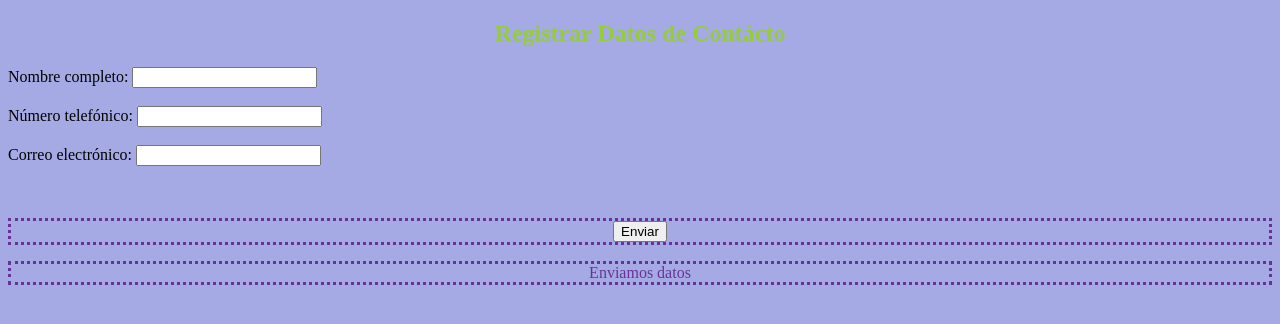
Repository: UVMCoyoacan/VEFY
Page: formularioCV.html
These files come from the project's save history. The page is drawn as it stood at one moment and after the next save; the edit follows.
The browser window is 1280 px wide. The pictures show the whole page.

Above is the page before, as saved 2024-03-05 11:55:12.

### formularioCV.html
<!DOCTYPE html>
<html>
  <head>


    <link rel="stylesheet" href="estilo2.css"/>





    <meta charset="UTF-8" />

  </head>
<body>

<h2>Registrar Datos de Contácto</h2>

<form name="enviaDat" action="recibedatosFormCV.html" method="GET">

  <label for="fname">Nombre completo:</label>
  <input type="text" id="fname" name="fname"><br><br>
  <label for="lname">Número telefónico:</label>
  <input type="number" id="numtel" name="numtel"><br><br>
  <label for="lname">Correo electrónico:</label>
  <input type="text" id="correoele" name="correoele"><br><br>

  <br>

  <p>
    <input type="submit" value="Enviar"/>
  </p>

</form>

<p>Enviamos datos</p>

</body>
</html>

### estilo2.css
h1{
    color: chocolate;
    text-align: center;
    border-style: mix;
}
p{
    text-align: center;
    color:rebeccapurple;
    border-style: dotted;
}

ol{
    text-align: center;
    color:rgb(0, 0, 0);
    border-style: groove;

}

ul{
    text-align: center;
    color: rgb(223, 115, 225);
    border-style: ridge;
}

h2{
    color: rgb(149, 204, 62) ;
    text-align: center;
    border-style: mix;
}

a{
    text-align: center;
}

body{
    background-color: #a6aae4;
}

footer{
    color:beige;
    background-color: blueviolet;
}
button {
    border: none;
    color: rgb(32, 202, 69);
    padding: 15px 32px;
    text-align: center;
    text-decoration: none;
    display: inline-block;
    font-size: 16px;
    margin: 4px 2px;
    cursor: pointer;
  }
  div{
    text-align: center;
  }

After the next save:
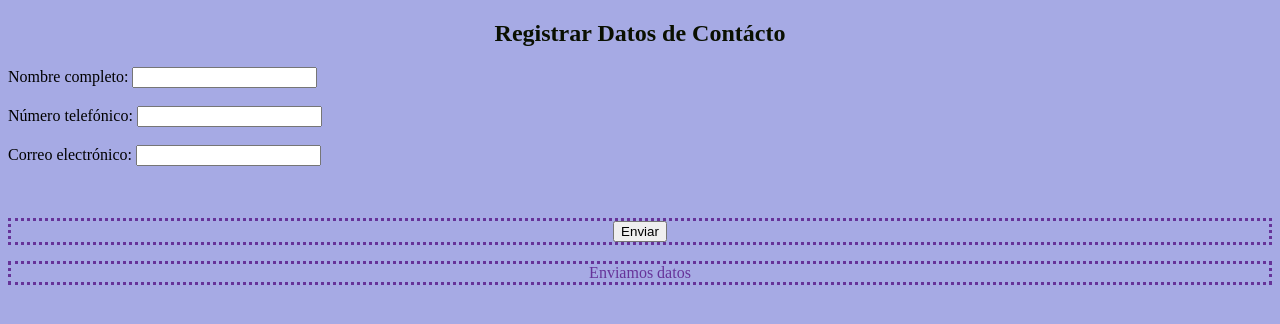
Saved 2 min 28 s later.
--- a/estilo2.css
+++ b/estilo2.css
@@ -23,7 +23,7 @@ ul{
 }
 
 h2{
-    color: rgb(149, 204, 62) ;
+    color: rgb(10, 16, 1) ;
     text-align: center;
     border-style: mix;
 }
